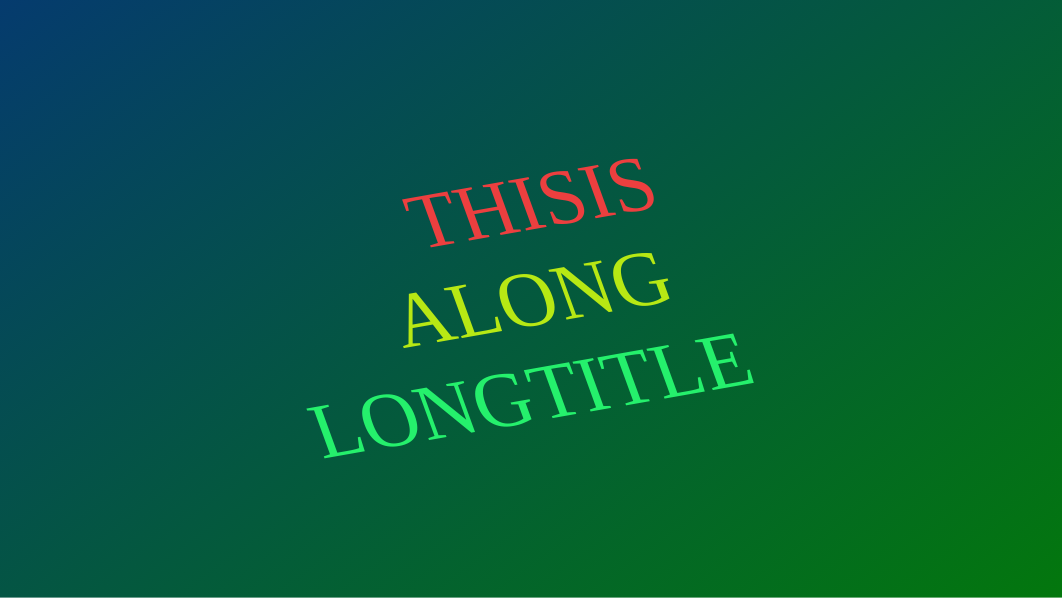
Repository: zuuo/--
Page: 文字入场动画1/index.html
An editor plug-in stored every save of this project. The page is shown before and after the next save, followed by the edit.
The browser window is 1280 px wide. The pictures show the whole page, at 83% of full size.
The style sheet was rebuilt from its Sass, Less or Tailwind sources for each picture, by a compiler version that may differ from the author's.

Above is the page before, as saved 2024-03-03 21:08:01.

### 文字入场动画1/index.html
<!DOCTYPE html>
<html lang="en">

<head>
    <meta charset="UTF-8">
    <meta name="viewport" content="width=device-width, initial-scale=1.0">
    <title>文字入场动画1</title>
    <link rel="stylesheet" href="./style.css">
</head>

<body>
    <div class="title">
        <p>THIS IS</p>
        <p>A LONG</p>
        <p>LONG TITLE</p>
    </div>
</body>
<script src="index.js"></script>

</html>

### 文字入场动画1/index.js
const titleElements = document.querySelectorAll('.title p');
titleElements.forEach(element => {
    let context = element.textContent;
    let spanElements = context.split('').map(letter => `<span>${letter}</span>`).join('');
    element.innerHTML = spanElements;
});

### 文字入场动画1/style.less
body {
    padding: 0;
    margin: 0;
    background-image: linear-gradient(-36deg, #03770d, #053b6e);
}

.title {
    width: 100vw;
    height: 100vh;
    display: flex;
    justify-content: center;
    align-items: center;
    flex-direction: column;
    font-size: 96px;

    p {
        line-height: 1;
        margin: 10px 0;
        transform: rotate(-10deg);

        &:nth-child(1) {
            color: #ec3f3f;
        }

        &:nth-child(2) {
            color: #b7e814;
        }

        &:nth-child(3) {
            color: #25f06c;
        }

        span {
            transform: skew(10deg);
            display: inline-block;
        }
    }
}

After the next save:
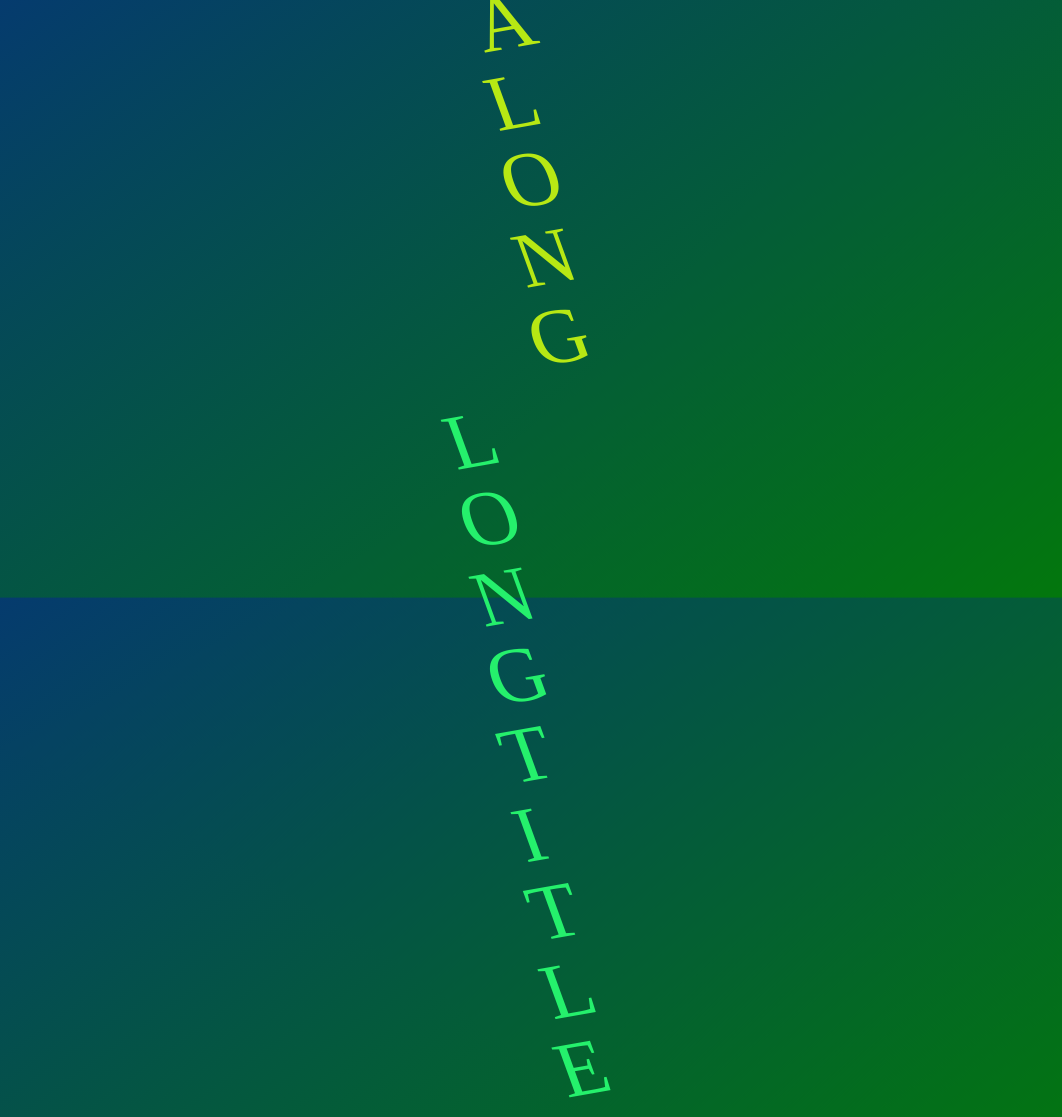
Saved 9 s later.
--- a/文字入场动画1/style.less
+++ b/文字入场动画1/style.less
@@ -32,7 +32,7 @@
 
         span {
             transform: skew(10deg);
-            display: inline-block;
+            display: block;
         }
     }
 }

After the save that followed:
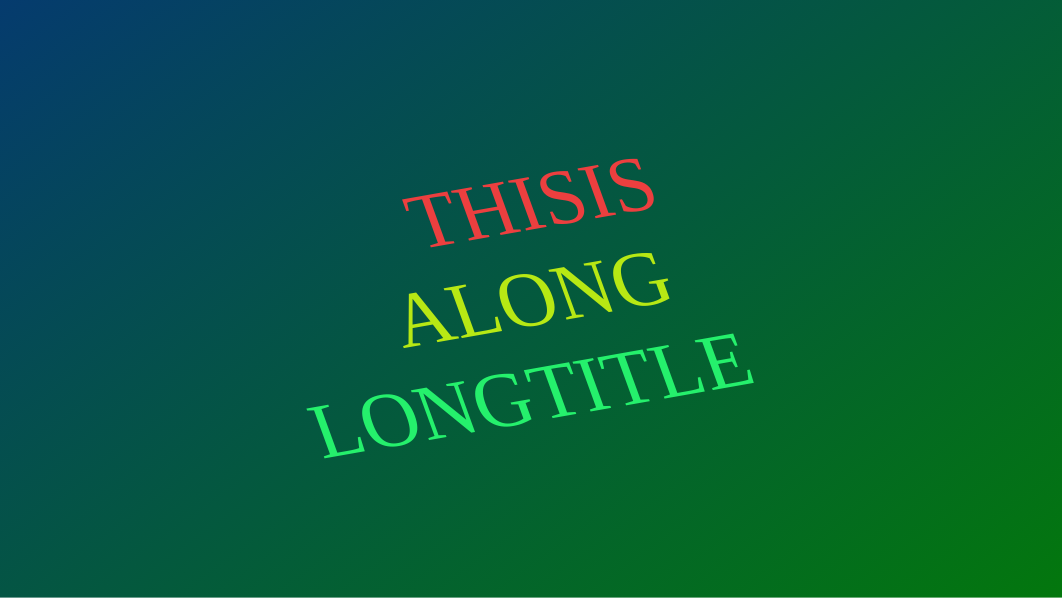
Saved 8 s later.
--- a/文字入场动画1/style.less
+++ b/文字入场动画1/style.less
@@ -17,6 +17,7 @@
         line-height: 1;
         margin: 10px 0;
         transform: rotate(-10deg);
+        display: flex;
 
         &:nth-child(1) {
             color: #ec3f3f;
@@ -32,7 +33,6 @@
 
         span {
             transform: skew(10deg);
-            display: block;
         }
     }
 }
